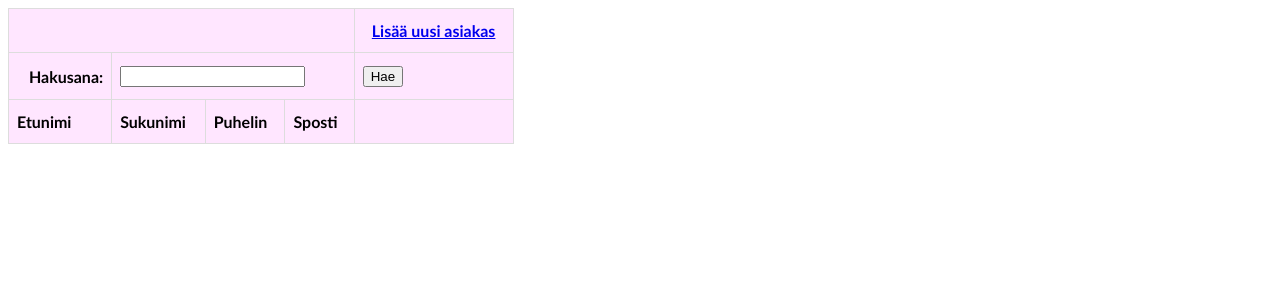
Repository: santraaj/etatehtava_7
Page: http://localhost/Asiakkaat/listaaasiakkaat.jsp
These files come from the project's save history. The page is drawn as it stood at one moment and after the next save; the edit follows.
The browser window is 1280 px wide. The pictures show the whole page.
The page is served by Tomcat 9. Other server files are loaded and not shown.

Above is the page before, as saved 2020-05-18 20:47:34.
Console error: SyntaxError: Unexpected token '}'

### Asiakkaat/WebContent/listaaasiakkaat.jsp
<%@ page language="java" contentType="text/html; charset=ISO-8859-1"
    pageEncoding="ISO-8859-1"%>
<!DOCTYPE html>
<html>
<head>
<meta charset="ISO-8859-1">
<script src="scripts/main.js"></script>
<link rel = "stylesheet" type = "text/css" href = "css/main.css">
<title>Asiakaslistaus</title>
</head>
<body onkeydown="tutkiKey(event)">
<table id = "listaus">
	<thead>
		<tr>
			<th colspan="4" id="ilmo"></th>
			<th><a id="uusiAsiakas" href="lisaaasiakas.jsp">Lisää uusi asiakas</a></th>
		</tr>
		<tr>
			<th	class = "oikealle">Hakusana:</th>
			<th class = "vasemmalle" colspan = "3"><input type = "text" id = hakusana></th>
			<th class = "vasemmalle"><input type = "button" value = "Hae" id = "haku" onclick="haeAsiakkaat()"></th>
		</tr>
		<tr>
			<th class = "vasemmalle">Etunimi</th>
			<th class = "vasemmalle">Sukunimi</th>
			<th class = "vasemmalle">Puhelin</th>
			<th class = "vasemmalle">Sposti</th>
			<th></th>
		</tr>
	</thead>
	<tbody id="tbody">
	</tbody>
</table>
<script>
haeAsiakkaat();
document.getElementById("hakusana").focus();

function tutkiKey(event){
	if(event.keyCode==13){//Enter
		haeAsiakkaatt();
	}
}

function haeAsiakkaat() {
	document.getElementById("tbody").innerHTML = "";
	fetch("asiakkaat/" + document.getElementById("hakusana").value,{
	      method: 'GET'
	    })
	.then(function (response) {
		return response.json()
	})
	.then(function (responseJson) {
		var asiakkaat = responseJson.asiakkaat;
		var htmlStr="";
		for(var i=0; i<asiakkaat.length; i++){
        	htmlStr+="<tr id='rivi_"+asiakkaat[i].asiakas_id+"'>";
        	htmlStr+="<td>"+asiakkaat[i].etunimi+"</td>";
        	htmlStr+="<td>"+asiakkaat[i].sukunimi+"</td>";
        	htmlStr+="<td>"+asiakkaat[i].puhelin+"</td>";
        	htmlStr+="<td>"+asiakkaat[i].sposti+"</td>";
        	htmlStr+="<td><a href='muutaauto.jsp?rekno="+autot[i].rekno+"'>Muuta</a>&nbsp;";
        	htmlStr+="<span class='poista' onclick=poista('"+autot[i].rekno+"')>Poista</span></td>";
        	htmlStr+="</tr>";
		}
		document.getElementById("tbody").innerHTML = htmlStr;
	})
}


	$("#listaus tbody").empty();
	$.ajax({url:"asiakkaat/"+$("#hakusana").val(), type:"GET", dataType:"json", success:function(result) {
		$.each(result.asiakkaat, function(i, field) {
			var htmlStr;
			htmlStr+="<tr id='rivi_"+field.asiakas_id+"'>";
			htmlStr+= "<td>" + field.etunimi + "</td>";
			htmlStr+= "<td>" + field.sukunimi + "</td>";
			htmlStr+= "<td>" + field.puhelin + "</td>";
			htmlStr+= "<td>" + field.sposti + "</td>";
			htmlStr+="<td><a href='muutaasiakas.jsp?asiakas_id="+field.asiakas_id+"'>Muuta</a>&nbsp;";
			htmlStr+="<span class='poista' onclick=poista("+field.asiakas_id+",'"+field.etunimi+"','"+field.sukunimi+"')>Poista</span></td>";
			htmlStr+= "</tr>";
			$("#listaus tbody").append(htmlStr);
		});
	}});
}

function poista(asiakas_id, etunimi, sukunimi) {
	if(confirm("Poista asiakas " + etunimi + " " + sukunimi +"?")) {
		$.ajax({url:"asiakkaat/"+asiakas_id, type:"DELETE", dataType:"json", success:function(result) {
	        if(result.response==0) {
	        	$("#ilmo").html("Asiakkaan poisto epäonnistui.");
	        } else if(result.response==1){
	        	$("#rivi_" + asiakas_id).css("background-color", "red");
	        	alert("Asiakkaan " + etunimi + " " + sukunimi +" poisto onnistui.");
				haeAsiakkaat();
			}
	    }});
	}
}
</script>
</body>
</html>

### Asiakkaat/WebContent/scripts/main.js
function requestURLParam(sParam) {
    var sPageURL = window.location.search.substring(1);
    var sURLVariables = sPageURL.split("&");
    for (var i = 0; i < sURLVariables.length; i++){
        var sParameterName = sURLVariables[i].split("=");
        if(sParameterName[0] == sParam) {
            return sParameterName[1];
        }
    }
}

function formDataJsonStr(formArray) {
	var returnArray = {};
	for (var i = 0; i < formArray.length; i++) {
		returnArray[formArray[i]['name']] = formArray[i]['value'];
	}
	return JSON.stringify(returnArray);
}

### Asiakkaat/WebContent/css/main.css
#listaus {
	font-family: "Trebuchet MS", Arial, sans-serif;
	border: 1px solid black;
	border-collapse: collapse;
	width: 40%;
}

 #tiedot table	 {
	font-family: "Trebuchet MS", Arial, sans-serif;
	border: 1px solid black;
	border-collapse: collapse;
	width: 60%;
}

#listaus thead th, #listaus tbody td, #tiedot thead th, #tiedot tbody td {
  border: 1px solid #ddd;
  padding: 8px;
}

#listaus thead th, #tiedot thead th {
	padding-top: 12px;
	padding-bottom: 12px;
	background-color: #ffe6ff;
	color: black;
}

#listaus tbody tr:nth-child(even){
	background-color: #f2f2f2;}

#listaus tbody tr:hover {background-color: #ddd;}

#tiedot tbody tr:hover {background-color: #ddd;}

.oikealle {
	text-align: right;
}

.vasemmalle {
	text-align: left;
}

#uusiAsiakas, #takaisin {
	cursor: pointer;
}

.poista {
	color: red;
	cursor: pointer;
}

### Asiakkaat/src/control/Asiakkaat.java
package control;

import java.io.IOException;
import java.io.PrintWriter;
import java.util.ArrayList;

import javax.servlet.ServletException;
import javax.servlet.annotation.WebServlet;
import javax.servlet.http.HttpServlet;
import javax.servlet.http.HttpServletRequest;
import javax.servlet.http.HttpServletResponse;

import org.json.JSONObject;

import model.Asiakas;
import model.dao.Dao;

@WebServlet("/asiakkaat/*")
public class Asiakkaat extends HttpServlet {
	private static final long serialVersionUID = 1L;

    public Asiakkaat() {
        super();
        System.out.println("Asiakkaat.Asiakkaat()");
    }

	protected void doGet(HttpServletRequest request, HttpServletResponse response) throws ServletException, IOException {
		System.out.println("Asiakkaat.doGet()");
		String pathInfo = request.getPathInfo();
		System.out.println("polku: " + pathInfo);
		String strJSON="";
		ArrayList<Asiakas> asiakkaat;
		Dao dao = new Dao();
		if(pathInfo==null) {
			asiakkaat = dao.listaaKaikki();
			strJSON = new JSONObject().put("asiakkaat", asiakkaat).toString();
		}else if(pathInfo.indexOf("haeyksi")!=-1) {
			int asiakas_id = Integer.parseInt(pathInfo.replace("/haeyksi/", ""));
			Asiakas asiakas = dao.etsiAsiakas(asiakas_id);
			if(asiakas == null) {
				strJSON = "{}";
			} else {
			JSONObject JSON = new JSONObject();
			JSON.put("asiakas_id", asiakas.getAsiakas_id());
			JSON.put("etunimi", asiakas.getEtunimi());
			JSON.put("sukunimi", asiakas.getSukunimi());
			JSON.put("puhelin", asiakas.getPuhelin());
			JSON.put("sposti", asiakas.getSposti());
			strJSON = JSON.toString();
			}
		}else {
			String hakusana = pathInfo.replace("/", "");
			asiakkaat = dao.listaaKaikki(hakusana);
			strJSON = new JSONObject().put("asiakkaat", asiakkaat).toString();
		}
		response.setContentType("application/json");
		PrintWriter out = response.getWriter();
		out.println(strJSON);
	}

	protected void doPost(HttpServletRequest request, HttpServletResponse response) throws ServletException, IOException {
		System.out.println("Asiakkaat.doPost()");
		JSONObject jsonObj = new JsonStrToObj().convert(request);
		Asiakas asiakas = new Asiakas();
//		asiakas.setAsiakas_id(jsonObj.getInt("asiakas_id"));
		asiakas.setEtunimi(jsonObj.getString("etunimi"));
		asiakas.setSukunimi(jsonObj.getString("sukunimi"));
		asiakas.setPuhelin(jsonObj.getString("puhelin"));
		asiakas.setSposti(jsonObj.getString("sposti"));
		response.setContentType("application/json");
		PrintWriter out = response.getWriter();
		Dao dao = new Dao();
		if(dao.lisaaAsiakas(asiakas)) {
			out.println("{\"response\":1}");
		} else {
			out.println("{\"response\":0}");
		}

	}

	protected void doPut(HttpServletRequest request, HttpServletResponse response) throws ServletException, IOException {
		System.out.println("Asiakkaat.doPut()");
		JSONObject jsonObj = new JsonStrToObj().convert(request);
		int asiakas_id = Integer.parseInt(jsonObj.getString("asiakas_id"));
		Asiakas asiakas = new Asiakas();
		asiakas.setAsiakas_id(jsonObj.getInt("asiakas_id"));
		asiakas.setEtunimi(jsonObj.getString("etunimi"));
		asiakas.setSukunimi(jsonObj.getString("sukunimi"));
		asiakas.setPuhelin(jsonObj.getString("puhelin"));
		asiakas.setSposti(jsonObj.getString("sposti"));
		response.setContentType("application/json");
		PrintWriter out = response.getWriter();
		Dao dao = new Dao();
		if(dao.muutaAsiakas(asiakas, asiakas_id)) {
			out.println("{\"response\":1}");
		} else {
			out.println("{\"response\":0}");
		}
	}

	protected void doDelete(HttpServletRequest request, HttpServletResponse response) throws ServletException, IOException {
		System.out.println("Asiakkaat.doDelete()");
		String pathInfo = request.getPathInfo();
		System.out.println("polku: " + pathInfo);
		int asiakas_id = 0;
		String poistettavaAsiakas_id = String.valueOf(asiakas_id);
		poistettavaAsiakas_id = pathInfo.replace("/", "");
		int poistettavaAsiakas_id_ = Integer.parseInt(poistettavaAsiakas_id);
		response.setContentType("application/json");
		PrintWriter out = response.getWriter();
		Dao dao = new Dao();
		if(dao.poistaAsiakas(poistettavaAsiakas_id_)) {
			out.println("{\"response\":1}");
		} else {
			out.println("{\"response\":0}");
		}
	}

}

### Asiakkaat/src/model/dao/Dao.java
package model.dao;

import java.sql.Connection;
import java.sql.DriverManager;
import java.sql.PreparedStatement;
import java.sql.ResultSet;
import java.util.ArrayList;
import model.Asiakas;

public class Dao {
	private Connection con = null;
	private ResultSet rs = null;
	private PreparedStatement stmtPrep = null;
	private String sql;
	private String db = "Myynti.sqlite";

	private Connection yhdista(){
    	Connection con = null;
    	String path = System.getProperty("catalina.base");
    	path = path.substring(0, path.indexOf(".metadata")).replace("\\", "/");
    	String url = "jdbc:sqlite:"+path+db;
    	try {
    		Class.forName("org.sqlite.JDBC");
	        con = DriverManager.getConnection(url);
	        System.out.println("Yhteys avattu.");
	     } catch (Exception e) {
	    	 System.out.println("Yhteyden avaus epäonnistui.");
	        e.printStackTrace();
	     }
	     return con;
	}

	public ArrayList<Asiakas> listaaKaikki() {
		ArrayList<Asiakas> asiakkaat = new ArrayList<Asiakas>();
		sql = "SELECT * FROM asiakkaat";
		try {
			con = yhdista();
			if(con != null){
				stmtPrep = con.prepareStatement(sql);
        		rs = stmtPrep.executeQuery();
				if(rs != null){
					while(rs.next()){
						Asiakas asiakas = new Asiakas();
						asiakas.setAsiakas_id(rs.getInt(1));
						asiakas.setEtunimi(rs.getString(2));
						asiakas.setSukunimi(rs.getString(3));
						asiakas.setPuhelin(rs.getString(4));
						asiakas.setSposti(rs.getString(5));
						asiakkaat.add(asiakas);
					}
				}
			}
			con.close();
		} catch (Exception e) {
			e.printStackTrace();
		}
		return asiakkaat;
	}

	public ArrayList<Asiakas> listaaKaikki(String hakusana) {
		ArrayList<Asiakas> asiakkaat = new ArrayList<Asiakas>();
		sql = "SELECT * FROM asiakkaat WHERE etunimi LIKE ? or sukunimi LIKE ? or puhelin LIKE ? or sposti LIKE ?";
		try {
			con = yhdista();
			if(con != null){
				stmtPrep = con.prepareStatement(sql);
				stmtPrep.setString(1, "%" + hakusana + "%");
				stmtPrep.setString(2, "%" + hakusana + "%");
				stmtPrep.setString(3, "%" + hakusana + "%");
				stmtPrep.setString(4, "%" + hakusana + "%");
        		rs = stmtPrep.executeQuery();
				if(rs != null){
					while(rs.next()){
						Asiakas asiakas = new Asiakas();
						asiakas.setAsiakas_id(rs.getInt(1));
						asiakas.setEtunimi(rs.getString(2));
						asiakas.setSukunimi(rs.getString(3));
						asiakas.setPuhelin(rs.getString(4));
						asiakas.setSposti(rs.getString(5));
						asiakkaat.add(asiakas);
					}
				}
			}
			con.close();
		} catch (Exception e) {
			e.printStackTrace();
		}
		return asiakkaat;
	}

	public boolean lisaaAsiakas(Asiakas asiakas){
		boolean paluuArvo=true;
		sql="INSERT INTO asiakkaat VALUES(?,?,?,?,?)";
		try {
			con = yhdista();
			stmtPrep=con.prepareStatement(sql);
			stmtPrep.setString(2, asiakas.getEtunimi());
			stmtPrep.setString(3, asiakas.getSukunimi());
			stmtPrep.setString(4, asiakas.getPuhelin());
			stmtPrep.setString(5, asiakas.getSposti());
			stmtPrep.executeUpdate();
	        con.close();
		} catch (Exception e) {
			e.printStackTrace();
			paluuArvo=false;
		}
		return paluuArvo;
	}

	public boolean poistaAsiakas(int asiakas_id) {
		boolean paluuArvo=true;
		sql="DELETE FROM asiakkaat WHERE asiakas_id=?";
		try {
			con = yhdista();
			stmtPrep=con.prepareStatement(sql);
			stmtPrep.setInt(1, asiakas_id);
			stmtPrep.executeUpdate();
	        con.close();
		} catch (Exception e) {
			e.printStackTrace();
			paluuArvo=false;
		}
		return paluuArvo;
	}

	public Asiakas etsiAsiakas(int asiakas_id) {
		Asiakas asiakas = null;
		sql = "SELECT * FROM asiakkaat WHERE asiakas_id=?";
		try {
			con=yhdista();
			if(con!=null){
				stmtPrep = con.prepareStatement(sql);
				stmtPrep.setInt(1, asiakas_id);
        		rs = stmtPrep.executeQuery();
        		if(rs.isBeforeFirst()) {
        			rs.next();
        			asiakas = new Asiakas();
        			asiakas.setAsiakas_id(rs.getInt(1));
        			asiakas.setEtunimi(rs.getString(2));
        			asiakas.setSukunimi(rs.getString(3));
        			asiakas.setPuhelin(rs.getString(4));
        			asiakas.setSposti(rs.getString(5));
				}
        		con.close();
			}
		} catch (Exception e) {
			e.printStackTrace();
		}
		return asiakas;
	}

	public boolean muutaAsiakas(Asiakas asiakas, int asiakas_id){
		boolean paluuArvo=true;
		sql="UPDATE asiakkaat SET etunimi=?, sukunimi=?, puhelin=?, sposti=? WHERE asiakas_id=?";
		try {
			con = yhdista();
			stmtPrep=con.prepareStatement(sql);
			stmtPrep.setString(1, asiakas.getEtunimi());
			stmtPrep.setString(2, asiakas.getSukunimi());
			stmtPrep.setString(3, asiakas.getPuhelin());
			stmtPrep.setString(4, asiakas.getSposti());
			stmtPrep.setInt(5, asiakas_id);
			stmtPrep.executeUpdate();
	        con.close();
		} catch (Exception e) {
			e.printStackTrace();
			paluuArvo=false;
		}
		return paluuArvo;
	}
}

After the next save:
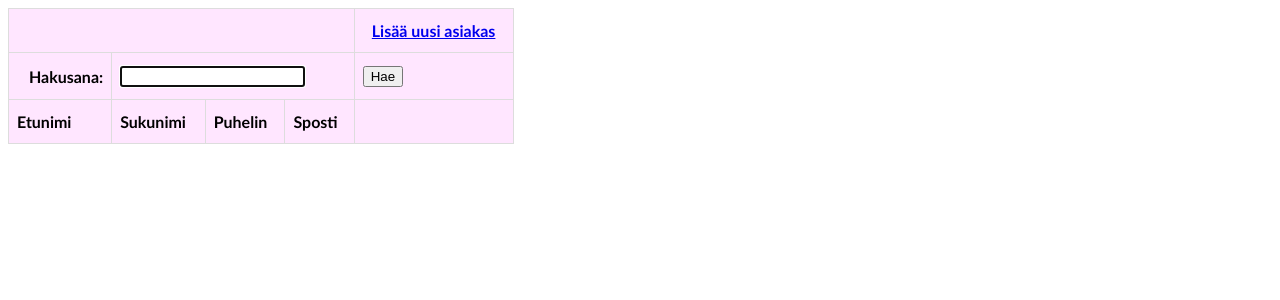
The error is gone.
Saved 3 min 57 s later.
--- a/Asiakkaat/WebContent/listaaasiakkaat.jsp
+++ b/Asiakkaat/WebContent/listaaasiakkaat.jsp
@@ -58,30 +58,12 @@
         	htmlStr+="<td>"+asiakkaat[i].sukunimi+"</td>";
         	htmlStr+="<td>"+asiakkaat[i].puhelin+"</td>";
         	htmlStr+="<td>"+asiakkaat[i].sposti+"</td>";
-        	htmlStr+="<td><a href='muutaauto.jsp?rekno="+autot[i].rekno+"'>Muuta</a>&nbsp;";
-        	htmlStr+="<span class='poista' onclick=poista('"+autot[i].rekno+"')>Poista</span></td>";
+        	htmlStr+="<td><a href='muutaasiakas.jsp?asiakas_id="+asiakkaat[i].asiakas_id+"'>Muuta</a>&nbsp;";
+        	htmlStr+="<span class='poista' onclick=poista('"+asiakkaat[i].asiakas_id+"', '"+asiakkaat[i].etunimi+"', '"+asiakkaat[i].sukunimi+"')>Poista</span></td>";
         	htmlStr+="</tr>";
 		}
 		document.getElementById("tbody").innerHTML = htmlStr;
 	})
-}
-
-
-	$("#listaus tbody").empty();
-	$.ajax({url:"asiakkaat/"+$("#hakusana").val(), type:"GET", dataType:"json", success:function(result) {
-		$.each(result.asiakkaat, function(i, field) {
-			var htmlStr;
-			htmlStr+="<tr id='rivi_"+field.asiakas_id+"'>";
-			htmlStr+= "<td>" + field.etunimi + "</td>";
-			htmlStr+= "<td>" + field.sukunimi + "</td>";
-			htmlStr+= "<td>" + field.puhelin + "</td>";
-			htmlStr+= "<td>" + field.sposti + "</td>";
-			htmlStr+="<td><a href='muutaasiakas.jsp?asiakas_id="+field.asiakas_id+"'>Muuta</a>&nbsp;";
-			htmlStr+="<span class='poista' onclick=poista("+field.asiakas_id+",'"+field.etunimi+"','"+field.sukunimi+"')>Poista</span></td>";
-			htmlStr+= "</tr>";
-			$("#listaus tbody").append(htmlStr);
-		});
-	}});
 }
 
 function poista(asiakas_id, etunimi, sukunimi) {
